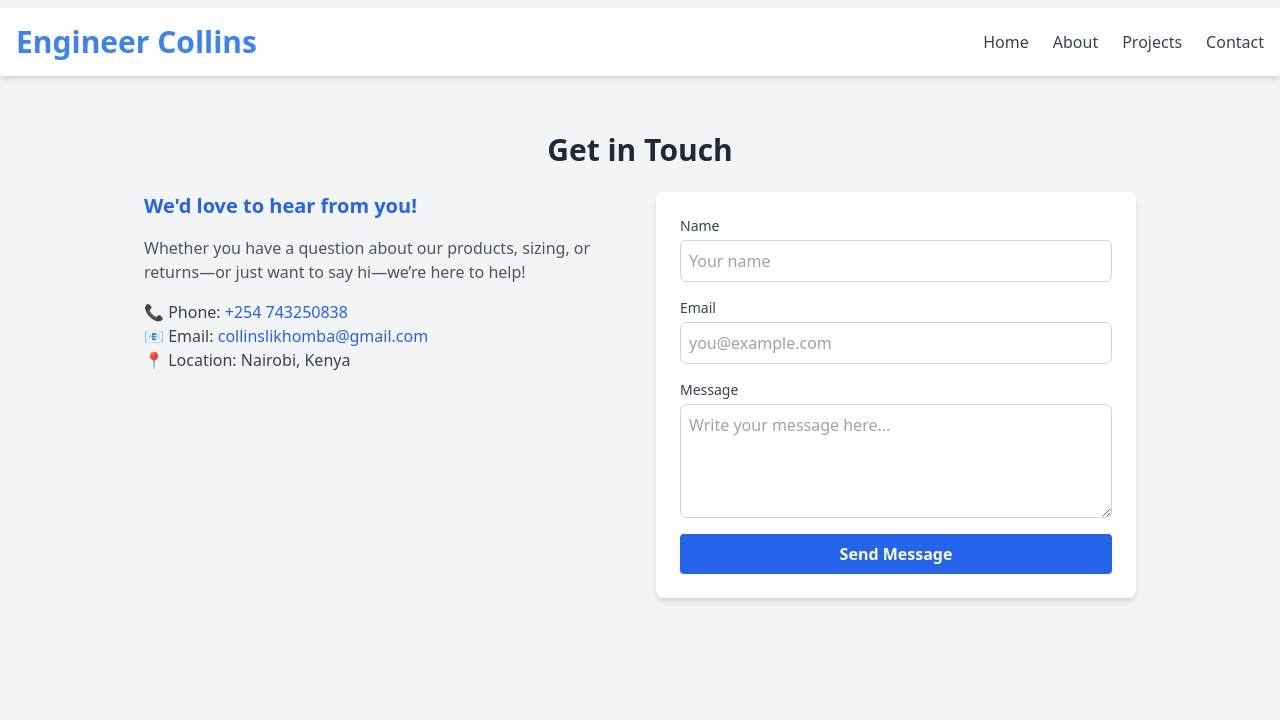
Repository: Engineer-collo/Portfolio
Page: /contact
The author's editor kept a copy of each file at every save. The page is drawn from the files as they stood at one save, then again after the next save.
The browser window is 1280 px wide. The pictures show the whole page.
The project was rebuilt for these pictures with package versions that can differ from the ones it lists, and the page was loaded fresh each time. Also part of the build but not shown: vite.config.js, src/pages/Footer.jsx, src/pages/HomePage.jsx, src/pages/About.jsx, src/pages/Projects.jsx, src/pages/Blog.jsx, src/pages/Skills.jsx.

Above is the page before, as saved 2025-06-07 17:56:21.

After the next save:
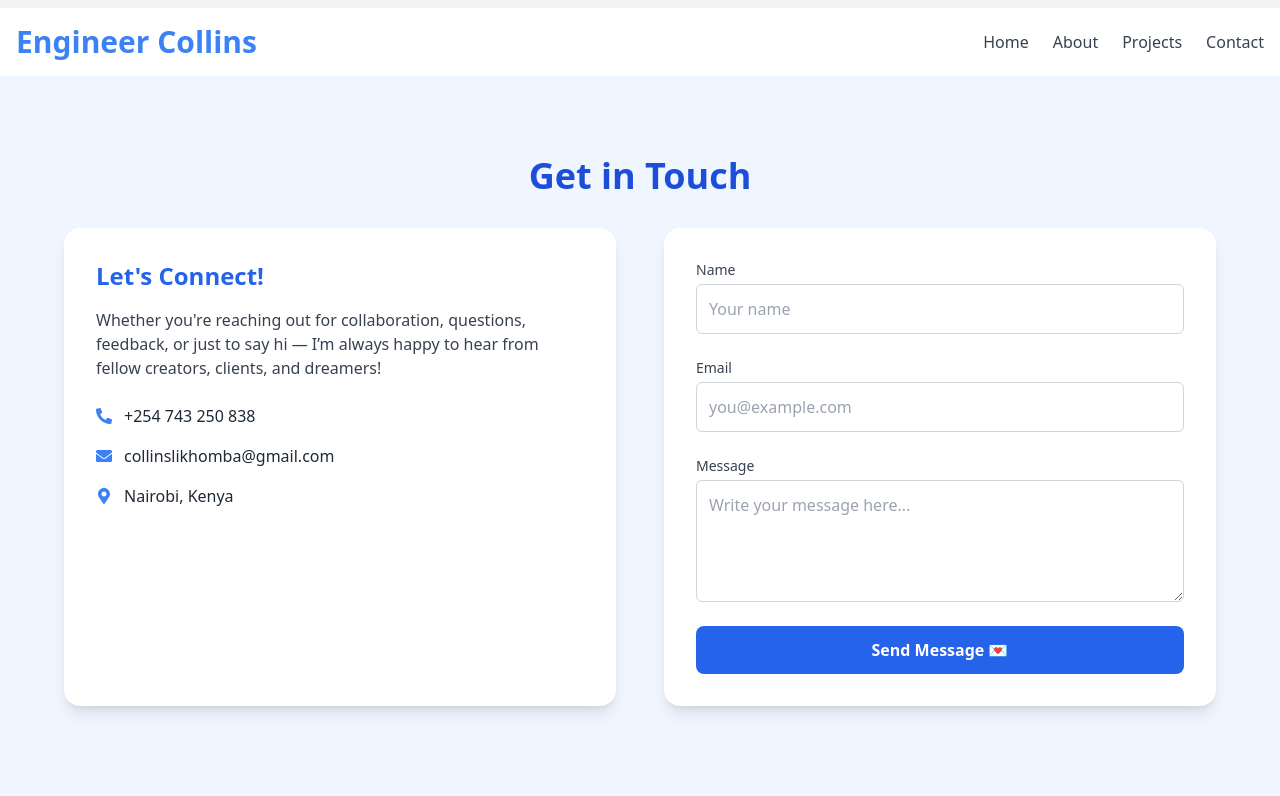
Saved 28 s later.
--- a/src/pages/Contact.jsx
+++ b/src/pages/Contact.jsx
@@ -1,5 +1,6 @@
 import React, { useState } from 'react';
 import Navbar from '../components/Navbar';
+import { FaPhoneAlt, FaEnvelope, FaMapMarkerAlt } from 'react-icons/fa';
 
 const Contact = ({ showSuccessToast }) => {
   const [form, setForm] = useState({ name: '', email: '', message: '' });
@@ -10,84 +11,91 @@ const Contact = ({ showSuccessToast }) => {
 
   const handleSubmit = (e) => {
     e.preventDefault();
-    showSuccessToast("Message sent Successfully.");
+    showSuccessToast("Message sent successfully!");
     setForm({ name: '', email: '', message: '' });
   };
 
   return (
     <>
       <Navbar />
-      <div className="max-w-5xl mx-auto p-4 mt-10">
-        <h2 className="text-3xl font-bold text-center mb-6 text-gray-800">Get in Touch</h2>
+      <div className="min-h-screen bg-blue-50 pt-20 pb-10 px-4">
+        <div className="max-w-6xl mx-auto">
+          <h2 className="text-4xl font-bold text-center text-blue-700 mb-8">Get in Touch</h2>
 
-        <div className="grid grid-cols-1 md:grid-cols-2 gap-8">
-          {/* Left Info Section */}
-          <div className="space-y-4">
-            <h3 className="text-xl font-semibold text-blue-600">We'd love to hear from you!</h3>
-            <p className="text-gray-600">
-              Whether you have a question about our products, sizing, or returns—or just want to say hi—we’re here to help!
-            </p>
-            <div>
-              <p className="text-gray-700 font-medium">
-                📞 Phone: <a href="tel:0743250838" className="font-normal text-blue-600 hover:underline">+254 743250838</a>
+          <div className="grid md:grid-cols-2 gap-12">
+            {/* Left Info Section */}
+            <div className="bg-white shadow-lg rounded-2xl p-8">
+              <h3 className="text-2xl font-semibold text-blue-600 mb-4">Let's Connect!</h3>
+              <p className="text-gray-700 mb-6">
+                Whether you're reaching out for collaboration, questions, feedback, or just to say hi —
+                I’m always happy to hear from fellow creators, clients, and dreamers!
               </p>
-              <p className="text-gray-700 font-medium">
-                📧 Email: <a href="mailto:collinslikhomba@gmail.com" className="font-normal text-blue-600 hover:underline">collinslikhomba@gmail.com</a>
-              </p>
-              <p className="text-gray-700 font-medium">
-                📍 Location: <span className="font-normal">Nairobi, Kenya</span>
-              </p>
-            </div>
-          </div>
 
-          {/* Right Form Section */}
-          <form onSubmit={handleSubmit} className="space-y-4 bg-white shadow-md rounded-lg p-6">
-            <div>
-              <label className="block text-sm font-medium text-gray-700">Name</label>
-              <input
-                type="text"
-                name="name"
-                value={form.name}
-                onChange={handleChange}
-                required
-                className="mt-1 block w-full p-2 border border-gray-300 rounded-md focus:ring-blue-500 focus:border-blue-500"
-                placeholder="Your name"
-              />
+              <div className="space-y-4 text-gray-800">
+                <div className="flex items-center gap-3">
+                  <FaPhoneAlt className="text-blue-500" />
+                  <a href="tel:+254743250838" className="hover:underline">+254 743 250 838</a>
+                </div>
+                <div className="flex items-center gap-3">
+                  <FaEnvelope className="text-blue-500" />
+                  <a href="mailto:collinslikhomba@gmail.com" className="hover:underline">collinslikhomba@gmail.com</a>
+                </div>
+                <div className="flex items-center gap-3">
+                  <FaMapMarkerAlt className="text-blue-500" />
+                  <span>Nairobi, Kenya</span>
+                </div>
+              </div>
             </div>
 
-            <div>
-              <label className="block text-sm font-medium text-gray-700">Email</label>
-              <input
-                type="email"
-                name="email"
-                value={form.email}
-                onChange={handleChange}
-                required
-                className="mt-1 block w-full p-2 border border-gray-300 rounded-md focus:ring-blue-500 focus:border-blue-500"
-                placeholder="you@example.com"
-              />
-            </div>
+            {/* Right Form Section */}
+            <form onSubmit={handleSubmit} className="bg-white shadow-lg rounded-2xl p-8 space-y-6">
+              <div>
+                <label className="block text-sm font-medium text-gray-700">Name</label>
+                <input
+                  type="text"
+                  name="name"
+                  value={form.name}
+                  onChange={handleChange}
+                  required
+                  placeholder="Your name"
+                  className="mt-1 block w-full p-3 border border-gray-300 rounded-md focus:ring-blue-500 focus:border-blue-500"
+                />
+              </div>
 
-            <div>
-              <label className="block text-sm font-medium text-gray-700">Message</label>
-              <textarea
-                name="message"
-                value={form.message}
-                onChange={handleChange}
-                required
-                rows="4"
-                className="mt-1 block w-full p-2 border border-gray-300 rounded-md focus:ring-blue-500 focus:border-blue-500"
-                placeholder="Write your message here..."
-              />
-            </div>
+              <div>
+                <label className="block text-sm font-medium text-gray-700">Email</label>
+                <input
+                  type="email"
+                  name="email"
+                  value={form.email}
+                  onChange={handleChange}
+                  required
+                  placeholder="you@example.com"
+                  className="mt-1 block w-full p-3 border border-gray-300 rounded-md focus:ring-blue-500 focus:border-blue-500"
+                />
+              </div>
 
-            <button
-              type="submit"
-              className="w-full bg-blue-600 hover:bg-blue-700 text-white font-semibold py-2 px-4 rounded"
-            >
-              Send Message
-            </button>
-          </form>
+              <div>
+                <label className="block text-sm font-medium text-gray-700">Message</label>
+                <textarea
+                  name="message"
+                  value={form.message}
+                  onChange={handleChange}
+                  required
+                  rows="4"
+                  placeholder="Write your message here..."
+                  className="mt-1 block w-full p-3 border border-gray-300 rounded-md focus:ring-blue-500 focus:border-blue-500"
+                ></textarea>
+              </div>
+
+              <button
+                type="submit"
+                className="w-full bg-blue-600 hover:bg-blue-700 text-white font-semibold py-3 px-6 rounded-lg transition-all"
+              >
+                Send Message 💌
+              </button>
+            </form>
+          </div>
         </div>
       </div>
     </>
